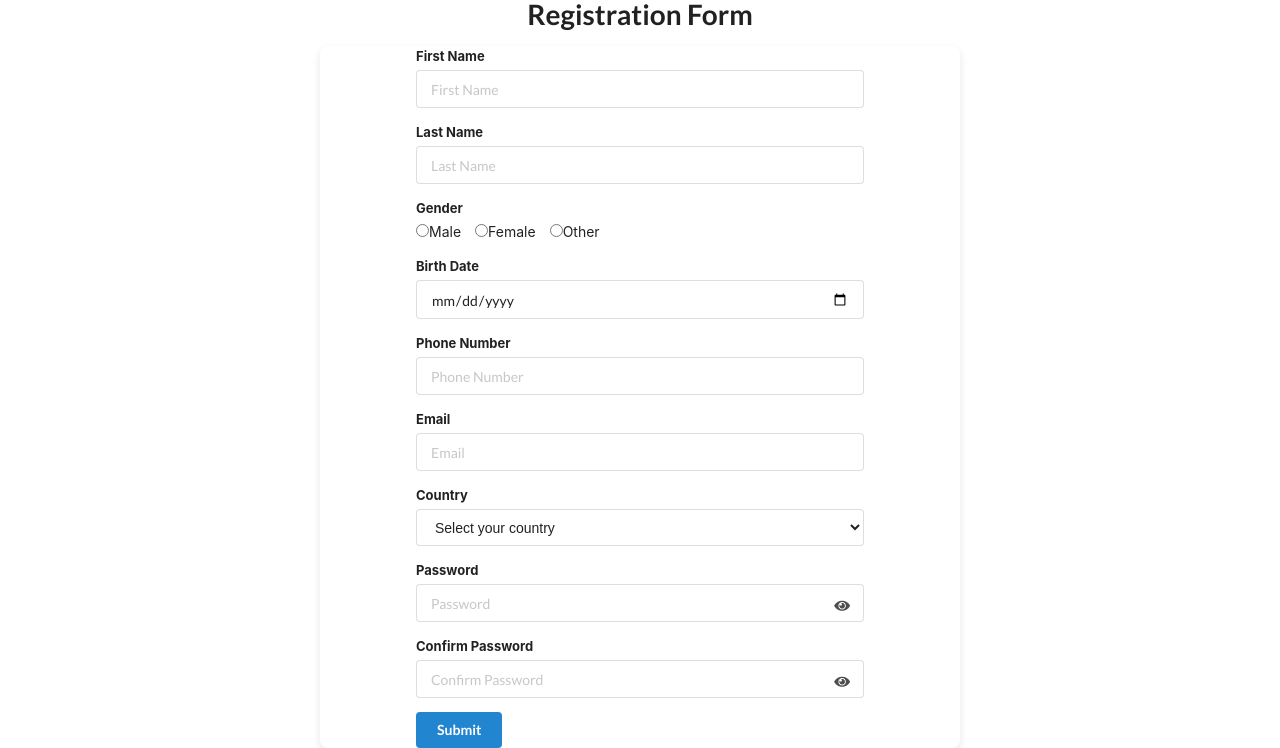
Repository: Wahid137/registration-form
Page: /
An editor plug-in stored every save of this project. The page is shown before and after the next save, followed by the edit.
The browser window is 1280 px wide. The pictures show the whole page.
The project was rebuilt for these pictures with package versions that can differ from the ones it lists, and the page was loaded fresh each time. Also part of the build but not shown: src/App.css.

Above is the page before, as saved 2024-05-01 14:32:25.

### src/index.js
import React from 'react';
import ReactDOM from 'react-dom/client';
import 'semantic-ui-css/semantic.min.css';
import App from './App';
import './index.css';
import reportWebVitals from './reportWebVitals';

const root = ReactDOM.createRoot(document.getElementById('root'));
root.render(
  <React.StrictMode>
    <App />
  </React.StrictMode>
);

// If you want to start measuring performance in your app, pass a function
// to log results (for example: reportWebVitals(console.log))
// or send to an analytics endpoint. Learn more: https://bit.ly/CRA-vitals
reportWebVitals();

### src/App.js
import { Header } from 'semantic-ui-react';
import './App.css';
import Register from './components/Register';

function App() {
  return (
    <div className="App">
      <Header as='h1' textAlign='center'>
        Registration Form
      </Header>
      <Register />
    </div>
  );
}

export default App;

### src/components/Register.js
import Joi from "joi";
import moment from "moment";
import React, { useState } from "react";
import { useForm } from "react-hook-form";
import { Button, Container, Form, FormField, Icon } from "semantic-ui-react";
import { countryOptions } from "../utils/country";

const Register = () => {
    const [showPassword, setShowPassword] = useState(false);
    const [showConfirmPassword, setShowConfirmPassword] = useState(false);
    const togglePasswordVisibility = () => setShowPassword(!showPassword);
    const toggleConfirmPasswordVisibility = () => setShowConfirmPassword(!showConfirmPassword);

    const { register, handleSubmit, reset, watch } = useForm();
    const password = watch("password", "");

    const [formErrors, setFormErrors] = useState({});

    const minBirthDate = moment().subtract(18, "years").format("YYYY-MM-DD");
    const nameRegex = /^[A-Za-z\s]+$/;
    const phoneRegex = /^[0-9]{10}$/;
    const passwordRegex = /^(?=.*[a-z])(?=.*[A-Z])(?=.*\d)[a-zA-Z\d]{3,30}$/;

    const schema = Joi.object({
        firstName: Joi.string().min(2).max(20).pattern(nameRegex).required().messages({
            "string.base": "First name must be a string",
            "string.empty": "Please enter your first name",
            "string.min": "First name must have at least {#limit} characters",
            "string.max": "First name cannot exceed {#limit} characters",
            "string.pattern.base": "First name must contain only alphabets and spaces",
            "any.required": "First name is required",
        }),
        lastName: Joi.string().min(2).max(20).pattern(nameRegex).required().messages({
            "string.base": "Last name must be a string",
            "string.empty": "Please enter your last name",
            "string.min": "Last name must have at least {#limit} characters",
            "string.max": "Last name cannot exceed {#limit} characters",
            "string.pattern.base": "Last name must contain only alphabets and spaces",
            "any.required": "Last name is required",
        }),
        gender: Joi.string().valid('male', 'female', 'other').required().messages({
            "any.required": "Gender is required",
            "any.only": "Please select a valid gender",
        }),
        birthDate: Joi.date()
            .max(minBirthDate)
            .required()
            .messages({
                "date.base": "Please enter a valid date",
                "date.max": "You must be at least 18 years old",
                "any.required": "Birth date is required",
            }),
        phoneNumber: Joi.string().pattern(phoneRegex).required().messages({
            "string.base": "Phone number must be a string",
            "string.empty": "Please enter your phone number",
            "string.pattern.base": "Phone number must be exactly 10 digits",
            "any.required": "Phone number is required",
        }),
        email: Joi.string().email({ tlds: { allow: false } }).required().messages({
            "string.base": "Email must be a string",
            "string.empty": "Please enter your email",
            "string.email": "Please enter a valid email address",
            "any.required": "Email is required",
        }),
        password: Joi.string().pattern(passwordRegex).required().messages({
            "string.base": "Password must be a string",
            "string.empty": "Please enter your password",
            "string.pattern.base": "Password must be 3 to 30 characters long and contain at least one lowercase letter, one uppercase letter, and one digit",
            "any.required": "Password is required",
        }),
        confirmPassword: Joi.string().valid(password).required().messages({
            "any.required": "Confirm password is required",
            "any.only": "Passwords do not match",
        }),
        country: Joi.string().required().messages({
            "any.required": "Please select a country",
        }),
    });

    const getPasswordErrorMessage = (value) => {
        if (value.length < 3 || value.length > 30) {
            return "Password must be 3 to 30 characters long";
        }
        if (!/[a-z]/.test(value)) {
            return "Password must contain at least one lowercase letter";
        }
        if (!/[A-Z]/.test(value)) {
            return "Password must contain at least one uppercase letter";
        }
        if (!/[0-9]/.test(value)) {
            return "Password must contain at least one digit";
        }
        return "";
    };

    const onSubmit = (data) => {
        const { error } = schema.validate(data, { abortEarly: false });
        if (error) {
            const errorMessage = {};
            error.details.forEach((detail) => {
                errorMessage[detail.path[0]] = detail.message;
            });
            if (data.password) {
                errorMessage.password = getPasswordErrorMessage(data.password);
            }
            setFormErrors(errorMessage);
            return;
        }
        console.log(data);
        reset();
        setFormErrors({});
    };

    return (
        <Container
            style={{
                display: "flex",
                width: "50%",
                justifyContent: "center",
                boxShadow: "0 4px 8px rgba(0,0,0,0.1)",
                borderRadius: "8px",
            }}
        >
            <Form style={{ width: "70%" }} onSubmit={handleSubmit(onSubmit)}>
                <div style={{ marginBottom: "1rem" }}>
                    <FormField error={formErrors.firstName !== undefined}>
                        <label>First Name</label>
                        <input
                            placeholder="First Name"
                            {...register("firstName")}
                            className={formErrors.firstName ? "error" : ""}
                        />
                        {formErrors.firstName && (
                            <div className="ui pointing red basic label">
                                {formErrors.firstName}
                            </div>
                        )}
                    </FormField>
                </div>
                <div style={{ marginBottom: "1rem" }}>
                    <FormField error={formErrors.lastName !== undefined}>
                        <label>Last Name</label>
                        <input
                            placeholder="Last Name"
                            {...register("lastName")}
                            className={formErrors.lastName ? "error" : ""}
                        />
                        {formErrors.lastName && (
                            <div className="ui pointing red basic label">
                                {formErrors.lastName}
                            </div>
                        )}
                    </FormField>
                </div>
                <div style={{ marginBottom: "1rem" }}>
                    <FormField>
                        <label>Gender</label>
                        <div style={{ display: "flex", flexDirection: "row" }}>
                            <div style={{ marginRight: "1rem" }}>
                                <input type="radio" id="male" {...register("gender")} value="male" />
                                <label htmlFor="male">Male</label>
                            </div>
                            <div style={{ marginRight: "1rem" }}>
                                <input type="radio" id="female" {...register("gender")} value="female" />
                                <label htmlFor="female">Female</label>
                            </div>
                            <div>
                                <input type="radio" id="other" {...register("gender")} value="other" />
                                <label htmlFor="other">Other</label>
                            </div>
                        </div>
                        {formErrors.gender && (
                            <div className="ui pointing red basic label">
                                {formErrors.gender}
                            </div>
                        )}
                    </FormField>
                </div>
                <div style={{ marginBottom: "1rem" }}>
                    <FormField error={formErrors.birthDate !== undefined}>
                        <label>Birth Date</label>
                        <input
                            type="date"
                            name="birthDate"
                            {...register("birthDate")}
                            className={formErrors.birthDate ? "error" : ""}
                        />
                        {formErrors.birthDate && (
                            <div className="ui pointing red basic label">
                                {formErrors.birthDate}
                            </div>
                        )}
                    </FormField>
                </div>
                <div style={{ marginBottom: "1rem" }}>
                    <FormField error={formErrors.phoneNumber !== undefined}>
                        <label>Phone Number</label>
                        <input
                            placeholder="Phone Number"
                            {...register("phoneNumber")}
                            className={formErrors.phoneNumber ? "error" : ""}
                        />
                        {formErrors.phoneNumber && (
                            <div className="ui pointing red basic label">
                                {formErrors.phoneNumber}
                            </div>
                        )}
                    </FormField>
                </div>
                <div style={{ marginBottom: "1rem" }}>
                    <FormField error={formErrors.email !== undefined}>
                        <label>Email</label>
                        <input
                            placeholder="Email"
                            {...register("email")}
                            className={formErrors.email ? "error" : ""}
                        />
                        {formErrors.email && (
                            <div className="ui pointing red basic label">
                                {formErrors.email}
                            </div>
                        )}
                    </FormField>
                </div>
                <div style={{ marginBottom: "1rem" }}>
                    <FormField error={formErrors.country !== undefined}>
                        <label>Country</label>
                        <select {...register("country")} className={formErrors.country ? "error" : ""}>
                            <option value="">Select your country</option>
                            {
                                countryOptions?.map((country) => <option key={country?.key} value={country?.value}>{country?.text}</option>)
                            }
                        </select>
                        {formErrors.country && (
                            <div className="ui pointing red basic label">
                                {formErrors.country}
                            </div>
                        )}
                    </FormField>
                </div>
                <div style={{ marginBottom: "1rem" }}>
                    <FormField error={formErrors.password !== undefined}>
                        <label>Password</label>
                        <div className="ui input">
                            <input
                                type={showPassword ? "text" : "password"}
                                placeholder="Password"
                                {...register("password")}
                                className={formErrors.password ? "error" : ""}
                            />
                            <Icon
                                name={showPassword ? "eye slash" : "eye"}
                                link
                                onClick={togglePasswordVisibility}
                                style={{ cursor: "pointer", position: "absolute", right: "10px", top: "50%", transform: "translateY(-50%)" }}
                            />
                        </div>
                        {formErrors.password && (
                            <div className="ui pointing red basic label">
                                {formErrors.password}
                            </div>
                        )}
                    </FormField>
                </div>
                <div style={{ marginBottom: "1rem" }}>
                    <FormField error={formErrors.confirmPassword !== undefined}>
                        <label>Confirm Password</label>
                        <div className="ui input">
                            <input
                                type={showConfirmPassword ? "text" : "password"}
                                placeholder="Confirm Password"
                                {...register("confirmPassword")}
                                className={formErrors.confirmPassword ? "error" : ""}
                            />
                            <Icon
                                name={showConfirmPassword ? "eye slash" : "eye"}
                                link
                                onClick={toggleConfirmPasswordVisibility}
                                style={{ cursor: "pointer", position: "absolute", right: "10px", top: "50%", transform: "translateY(-50%)" }}
                            />
                        </div>
                        {formErrors.confirmPassword && (
                            <div className="ui pointing red basic label">
                                {formErrors.confirmPassword}
                            </div>
                        )}
                    </FormField>
                </div>
                <Button type="submit" color="blue">
                    Submit
                </Button>
            </Form>
        </Container>
    );
};

export default Register;

### src/utils/country.js
export const countryOptions = [
    { key: 'af', value: 'af', text: 'Afghanistan' },
    { key: 'ax', value: 'ax', text: 'Aland Islands' },
    { key: 'al', value: 'al', text: 'Albania' },
    { key: 'dz', value: 'dz', text: 'Algeria' },
    { key: 'as', value: 'as', text: 'American Samoa' },
    { key: 'ad', value: 'ad', text: 'Andorra' },
    { key: 'ao', value: 'ao', text: 'Angola' },
    { key: 'ai', value: 'ai', text: 'Anguilla' },
    { key: 'ag', value: 'ag', text: 'Antigua' },
    { key: 'ar', value: 'ar', text: 'Argentina' },
    { key: 'am', value: 'am', text: 'Armenia' },
    { key: 'aw', value: 'aw', text: 'Aruba' },
    { key: 'au', value: 'au', text: 'Australia' },
    { key: 'at', value: 'at', text: 'Austria' },
    { key: 'az', value: 'az', text: 'Azerbaijan' },
    { key: 'bs', value: 'bs', text: 'Bahamas' },
    { key: 'bh', value: 'bh', text: 'Bahrain' },
    { key: 'bd', value: 'bd', text: 'Bangladesh' },
    { key: 'bb', value: 'bb', text: 'Barbados' },
    { key: 'by', value: 'by', text: 'Belarus' },
    { key: 'be', value: 'be', text: 'Belgium' },
    { key: 'bz', value: 'bz', text: 'Belize' },
    { key: 'bj', value: 'bj', text: 'Benin' },
]

Loaded but not shown: public/index.html (common file); src/index.css (common file); src/reportWebVitals.js (common file)

After the next save:
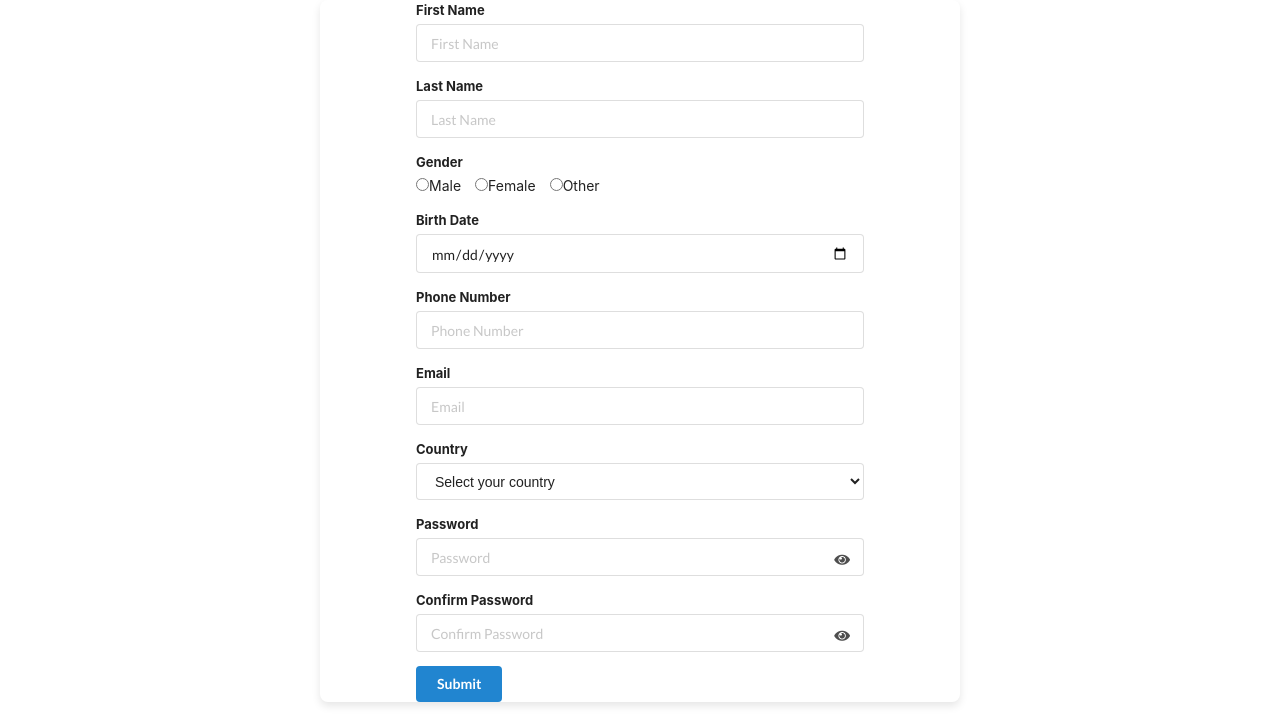
Saved 11 s later.
--- a/src/App.js
+++ b/src/App.js
@@ -1,13 +1,10 @@
-import { Header } from 'semantic-ui-react';
 import './App.css';
 import Register from './components/Register';
 
 function App() {
   return (
     <div className="App">
-      <Header as='h1' textAlign='center'>
-        Registration Form
-      </Header>
+
       <Register />
     </div>
   );
